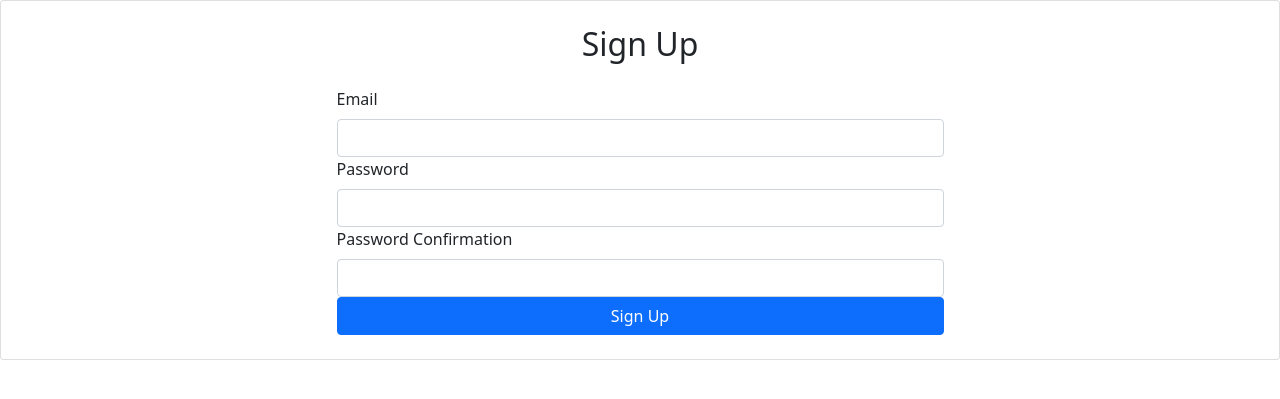
Repository: carinvid/reach-eshop
Page: /signup
An editor plug-in stored every save of this project. The page is shown before and after the next save, followed by the edit.
The browser window is 1280 px wide. The pictures show the whole page.
The page's requests for data from a server got no answer. The project was rebuilt for these pictures with package versions that can differ from the ones it lists, and the page was loaded fresh each time. No one was signed in, and anything a server would have sent is missing. Also part of the build but not shown: src/Header.css, src/Header.js, src/Home.css, src/Product.css, src/Product.js, src/Home.js, src/Checkout.css, src/CheckoutProduct.css and 7 more.

Above is the page before, as saved 2022-04-06 15:37:55.

### public/index.html
<!DOCTYPE html>
<html lang="en">
  <head>
    <meta charset="utf-8" />

    <meta name="viewport" content="width=device-width, initial-scale=1" />
    <meta name="theme-color" content="#000000" />

    <title>React App</title>
  </head>
  <body>

    <div id="root"></div>

  </body>
</html>

### src/index.js
import React from 'react';
import ReactDOM from 'react-dom';
import './index.css';
import App from './App';
import reducer, { initialState} from './reducer';
import { StateProvider } from './StateProvider';
import "bootstrap/dist/css/bootstrap.min.css"

ReactDOM.render(
  <React.StrictMode>
    <StateProvider initialState={initialState} reducer = { reducer }>
    <App />
    </StateProvider>
  </React.StrictMode>,
  document.getElementById('root')
);

### src/index.css
body {
  margin: 0;
  background-color: rgba(234, 237,237);
  font-family: -apple-system, BlinkMacSystemFont, 'Segoe UI', 'Roboto', 'Oxygen',
    'Ubuntu', 'Cantarell', 'Fira Sans', 'Droid Sans', 'Helvetica Neue',
    sans-serif;
  -webkit-font-smoothing: antialiased;
  -moz-osx-font-smoothing: grayscale;
}

code {
  font-family: source-code-pro, Menlo, Monaco, Consolas, 'Courier New',
    monospace;
}

### src/App.js

import './App.css';
import Header from "./Header"
import Home from "./Home";
import {BrowserRouter as Router, Route, Switch} from "react-router-dom"
import Checkout from './Checkout';
import Login from './Login';
import Signup from './Signup';

function App() {
  return (
    <div className="App">
      <Router>
        <Switch>
          <Route path="/login">
            <Login />
          </Route>
          <Route path="/signup">
            <Signup />
          </Route>
          <Route path="/checkout">
            <Header />
            <Checkout />
          </Route>
          <Route path="/" >
            <Header />
            <Home />
          </Route>
        </Switch>
      </Router>

    </div>)
}

export default App;

### src/Reducer.js
export const initialState = {
    basket: [],
};

export const getBasketTotal = (basket) => {
    return(basket?.reduce((amount, item) => item.price + amount, 0));
}

const reducer = (state, action) => {
    switch(action.type) {
        case "ADD_TO_BASKET":
            return {
                ...state,
                basket: [...state.basket, action.item],
            }
            case "REMOVE_FROM_BASKET" :
            const index = state.basket.findIndex(
                (basketItem) => basketItem.id === action.id
            );
            let newBasket = [...state.basket];

            if(index >= 0) {
                newBasket.splice(index, 1)
            } else {
                console.warn( `Can't remove product(id: ${action.id}) as it is not in the basket!`)
            }
            return {...state,basket: newBasket}

            default:
            return state;
    }

}

export default reducer;

### src/StateProvider.js
import React, {createContext, useContext, useReducer} from "react";

export const StateContext = createContext();


export const StateProvider = ({ reducer, initialState, children }) => {


    return (
    <StateContext.Provider value={useReducer(reducer, initialState)}>
        {children}
    </StateContext.Provider>
    )
};

export const useStateValue = () => useContext(StateContext);

### src/Signup.js
import React, { useRef } from 'react';
import { Form, Button, Card } from 'react-bootstrap'

export default function Signup() {
    const emailRef = useRef();
    const passwordRef = useRef();
    const passwordConfirmRef = useRef();


  return (
    <>
    <Card className="navbar navbar-expand-lg navbar-light fixed-top">
        <Card.Body className="w-50">
            <h2 className="text-center mb-4">Sign Up</h2>
            <Form >
                    <Form.Group id= 'email'>
                        <Form.Label>Email</Form.Label>
                        <Form.Control type="email" ref={emailRef} required ></Form.Control>
                    </Form.Group>
                    <Form.Group id="password">
                        <Form.Label>Password</Form.Label>
                        <Form.Control type="password" ref={passwordRef} required ></Form.Control>
                    </Form.Group>
                    <Form.Group id="password-confirm">
                        <Form.Label>Password Confirmation</Form.Label>
                        <Form.Control type="password" ref={passwordConfirmRef} required ></Form.Control>
                    </Form.Group>
                    <Button className="w-100" type="submit">Sign Up</Button>
            </Form>
        </Card.Body>
    </Card>
    <div className="w-100 text-center mt-2">
        Already have an account? Log In
    </div>
    </>
  )
}

Loaded but not shown: src/App.css (common file)

After the next save:
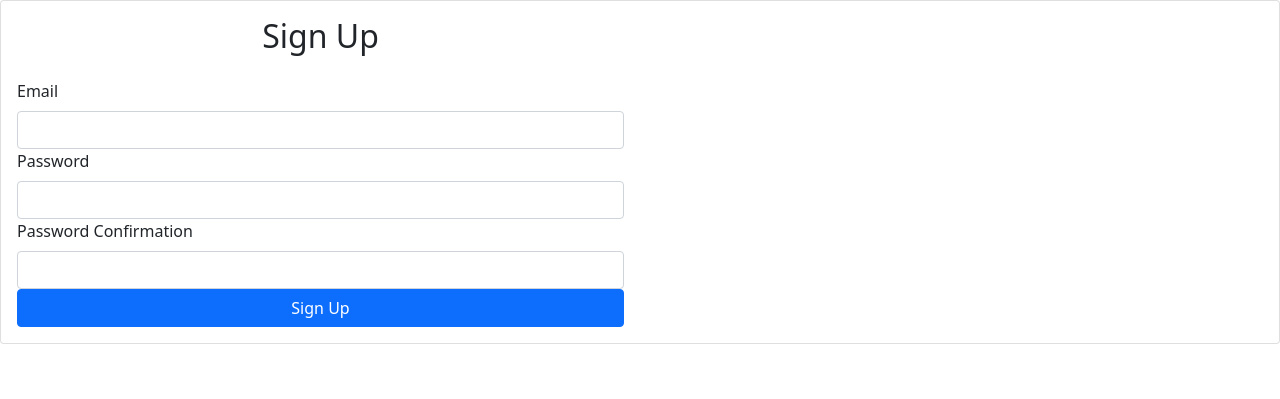
Saved 51 s later.
--- a/src/Signup.js
+++ b/src/Signup.js
@@ -9,7 +9,7 @@ export default function Signup() {
 
   return (
     <>
-    <Card className="navbar navbar-expand-lg navbar-light fixed-top">
+    <Card className="expand-lg navbar-light fixed-top">
         <Card.Body className="w-50">
             <h2 className="text-center mb-4">Sign Up</h2>
             <Form >
